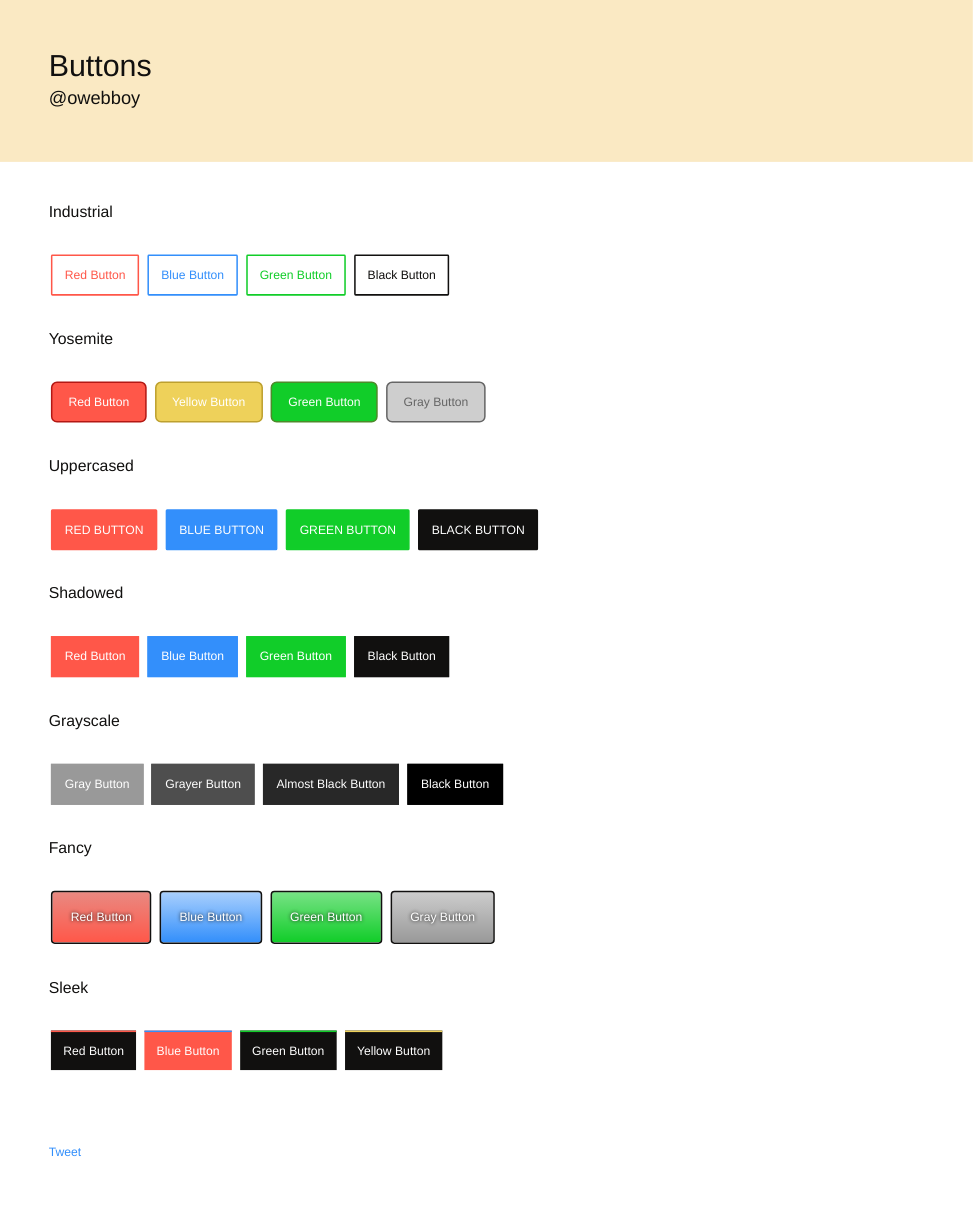
Repository: TheJaredWilcurt/buttons
Page: index.html
The author's editor kept a record of every edit. The page is drawn from the files as they stood at one moment, then again after the next edit.
The browser window is 1280 px wide. The pictures show the whole page, at 76% of full size.
The pointer rests on the first visible `.sleek-blue`.

Above is the page before.

### index.html
<!DOCTYPE html>
<html>
<head>
	<meta charset="utf-8">
	<meta name="description" content="Super cool CSS Buttons for any project">
	<meta name="author" content="oliver pope"
	<meta name="icon" content="icon.ico">
	<title>Buttons</title>

	<link rel="stylesheet" href="style.css">
	<link rel="stylesheet" href="buttons.css">
	<link rel="stylesheet" href="//fonts.googleapis.com/css?family=Roboto:400,500">

</head>
<body>
	<div id="page">
		<header>
			<h1 class="title">Buttons</h1>
			<h2 class="subtitle"><a href="//twitter.com/owebboy">@owebboy</a></h2>
		</header>

		<div id="content">
			<section id="industrial">
				<h3>Industrial</h3>

				<a class="btn industrial-red" href="#">Red Button</a>
				<a class="btn industrial-blue" href="#">Blue Button</a>
				<a class="btn industrial-green" href="#">Green Button</a>
				<a class="btn industrial-black" href="#">Black Button</a>
			</section>

			<section id="bold">
				<h3>Yosemite</h3>

				<a class="btn yosemite-red" href="#">Red Button</a>
				<a class="btn yosemite-yellow" href="#">Yellow Button</a>
				<a class="btn yosemite-green" href="#">Green Button</a>
				<a class="btn yosemite-gray" href="#">Gray Button</a>
			</section>

			<section id="uppercased">
				<h3>Uppercased</h3>

				<a class="btn uppercased-red" href="#">Red Button</a>
				<a class="btn uppercased-blue" href="#">Blue Button</a>
				<a class="btn uppercased-green" href="#">Green Button</a>
				<a class="btn uppercased-black" href="#">Black Button</a>
			</section>

			<section id="shadowed">
				<h3>Shadowed</h3>

				<a class="btn shadowed-red" href="#">Red Button</a>
				<a class="btn shadowed-blue" href="#">Blue Button</a>
				<a class="btn shadowed-green" href="#">Green Button</a>
				<a class="btn shadowed-black" href="#">Black Button</a>
			</section>

			<section id="grayscale">
				<h3>Grayscale</h3>

				<a class="btn grayscale-gray-1" href="#">Gray Button</a>
				<a class="btn grayscale-gray-2" href="#">Grayer Button</a>
				<a class="btn grayscale-gray-3" href="#">Almost Black Button</a>
				<a class="btn grayscale-black" href="#">Black Button</a>
			</section>

			<section id="fancy">
				<h3>Fancy</h3>

				<a class="btn fancy-red" href="#">Red Button</a>
				<a class="btn fancy-blue" href="#">Blue Button</a>
				<a class="btn fancy-green" href="#">Green Button</a>
				<a class="btn fancy-gray" href="#">Gray Button</a>
			</section>

			<section id="sleek">
				<h3>Sleek</h3>

				<a class="btn sleek-red" href="#">Red Button</a>
				<a class="btn sleek-blue" href="#">Blue Button</a>
				<a class="btn sleek-green" href="#">Green Button</a>
				<a class="btn sleek-yellow" href="#">Yellow Button</a>
			</section>
		</div>

		<footer>
			<div class="twitter">
			<a href="https://twitter.com/share" class="twitter-share-button" data-via="owebboy" data-lang="en" data-size="large">Tweet</a>
<script>!function(d,s,id){var js,fjs=d.getElementsByTagName(s)[0];if(!d.getElementById(id)){js=d.createElement(s);js.id=id;js.src="https://platform.twitter.com/widgets.js";fjs.parentNode.insertBefore(js,fjs);}}(document,"script","twitter-wjs");</script>
			</div>
		</footer>
	</div>
</body>
</html>

### style.css
/*

	STYLE.CSS
	Oliver Pope

*/

/* COMMON */
html { font: 400 1em "Helvetica Neue", "Roboto", sans-serif; margin: 0; color: #11100F; }
body { margin: 0; }
h1, h2, h3, h4, h5, h6, b, strong { font-weight: 500; }
h3 { font-size: 1.3em; padding: 1em 0; }
a { color: #338FFB; text-decoration: none; } a:hover { text-decoration: underline; }

/* HEADER */
header { background: #FAE9C3; padding: 4em 5%; }
.title { margin: 0; font-weight: 500; font-size: 2.5em; }
.subtitle { margin: .25em 0; font-weight: 200; font-size: 1.5em } .subtitle a { color: #11100F; }


/* CONTENT */
#content { margin: 2em 5%; }

/* FOOTER */
footer { padding: 4em 5%; margin: 0; }
.twitter { display: inline-block; }
.code { padding: 0 .5em; display: inline-block; color: #4E4E4E; }

### buttons.css
/*

	BUTTONS.CSS
	Oliver Pope

*/

/* GLOBAL */
.btn { display: inline-block; margin: .2em; }
.btn:hover { text-decoration: none; }

/* INDUSTRIAL */
a[class*="industrial"], button[class*="industrial"] { padding: 1em; border: 2px solid; border-radius: 2px; -webkit-border-radius: 2px; font-weight: 500; transition: .5s background; -webkit-transition: .5s background; }
.industrial-red { color: #FF5749; border-color: #FF5749; }
.industrial-blue { color: #338FFB; border-color: #338FFB; }
.industrial-green { color: #11CD29; border-color: #11CD29; }
.industrial-black { color: #11100F; border-color: #11100F; }
a[class*="industrial"]:hover, button[class*="industrial"]:hover { color: #fff; }
.industrial-red:hover { background: #FF5749; border-color: #FF5749; }
.industrial-blue:hover { background: #338FFB; border-color: #338FFB; }
.industrial-green:hover { background: #11CD29; border-color: #11CD29; }
.industrial-black:hover { background: #11100F; border-color: #11100F; }

/* YOSEMITE */
a[class*="yosemite"], button[class*="yosemite"] { padding: 1em 1.3em; border-radius: 8px; -webkit-border-radius: 8px; color: #fff; font-weight: 500; transition: .5s all; -webkit-transition: .5s all; }
.yosemite-red { background: #FF5749; border: 2px solid #B41814; }
.yosemite-yellow { background: #EED15A; border: 2px solid #BDA02E; }
.yosemite-green { background: #11CD29; border: 2px solid #4D8B2A; }
.yosemite-gray { background: #CECECE; border: 2px solid #666666; color: #666666 !important; }
a[class*="yosemite"]:hover, button[class*="yosemite"]:hover { background: #fff; color: #666666 !important; }

/* UPPERCASED */
a[class*="uppercased"], button[class*="uppercased"] { padding: 1em; font-weight: 500; text-transform: uppercase; border-radius: 2px; -webkit-border-radius: 2px; transition: .5s all; -webkit-transition: .5s all; }
.uppercased-red { background: #FF5749; border: 2px solid #FF5749; color: #fff; }
.uppercased-blue { background: #338FFB; border: 2px solid #338FFB; color: #fff; }
.uppercased-green { background: #11CD29; border: 2px solid #11CD29; color: #fff; }
.uppercased-black { background: #11100F; border: 2px solid #11100F; color: #fff; }
a[class*="uppercased"]:hover, button[class*="uppercased"]:hover { background: #fff; }
.uppercased-red:hover { color: #FF5749; border-color: #FF5749; }
.uppercased-blue:hover { color: #338FFB; border-color: #338FFB; }
.uppercased-green:hover { color: #11CD29; border-color: #11CD29; }
.uppercased-black:hover { color: #11100F; border-color: #11100F; }

/* SHADOWED */
a[class*="shadowed"], button[class*="shadowed"] { padding: 1em; font-weight: 500; transition: .5s all; -webkit-transition: .5s all; }
.shadowed-red { background: #FF5749; border: 2px solid #FF5749; color: #fff; }
.shadowed-blue { background: #338FFB; border: 2px solid #338FFB; color: #fff; }
.shadowed-green { background: #11CD29; border: 2px solid #11CD29; color: #fff; }
.shadowed-black { background: #11100F; border: 2px solid #11100F; color: #fff; }
.shadowed-red:hover { box-shadow: 0 0 0 5px #FF5749; }
.shadowed-blue:hover { box-shadow: 0 0 0 5px #338FFB; }
.shadowed-green:hover { box-shadow: 0 0 0 5px #11CD29; }
.shadowed-black:hover { box-shadow: 0 0 0 5px #11100F; }

/* GRAYSCALE */
a[class*="grayscale"], button[class*="grayscale"] { padding: 1em; font-weight: 500; transition: .5s all; -webkit-transition: .5s all; }
.grayscale-gray-1 { background: #999999; border: 2px solid #999999; color: #fff; }
.grayscale-gray-2 { background: #4E4E4E; border: 2px solid #4E4E4E; color: #fff; }
.grayscale-gray-3 { background: #282828; border: 2px solid #282828; color: #fff; }
.grayscale-black  { background: #000; border: 2px solid #000; color: #fff; }
a[class*="grayscale"]:hover, button[class*="grayscale"]:hover { background: #fff; color: #111; }

/* FANCY */
a[class*="fancy"], button[class*="fancy"] { border-radius: 5px; -webkit-border-radius: 5px; padding: 1.5em; color: #fff; text-shadow: 0 0 5px #11100F; border: 2px solid #11100F; font-weight: 500; transition: .5s all; -webkit-transition: .5s all; }
a[class*="fancy"]:hover, button[class*="fancy"]:hover { color: #11100F; }
.fancy-red { background: linear-gradient(#E98981, #FF5749); }
.fancy-blue { background: linear-gradient(#A8CFFD, #338FFB); }
.fancy-green { background: linear-gradient(#77E285, #11CD29); }
.fancy-gray { background: linear-gradient(#ccc, #999); }

/* SLEEK */
a[class*="sleek"], button[class*="sleek"] { padding: 1em; font-weight: 500; transition: .5s all; -webkit-transition: .5s all; background: #11100F; }
.sleek-red { border-top: 2px solid #FF5749; color: #fff; } .sleek-red:hover { background: #FF5749; }
.sleek-blue { border-top: 2px solid #338FFB; color: #fff; } .sleek-blue:hover { background: #FF5749; }
.sleek-green { border-top: 2px solid #11CD29; color: #fff; } .sleek-green:hover { background: #FF5749; }
.sleek-yellow { border-top: 2px solid #EED15A; color: #fff; } .sleek-yellow:hover { background: #FF5749; }

After the next edit:
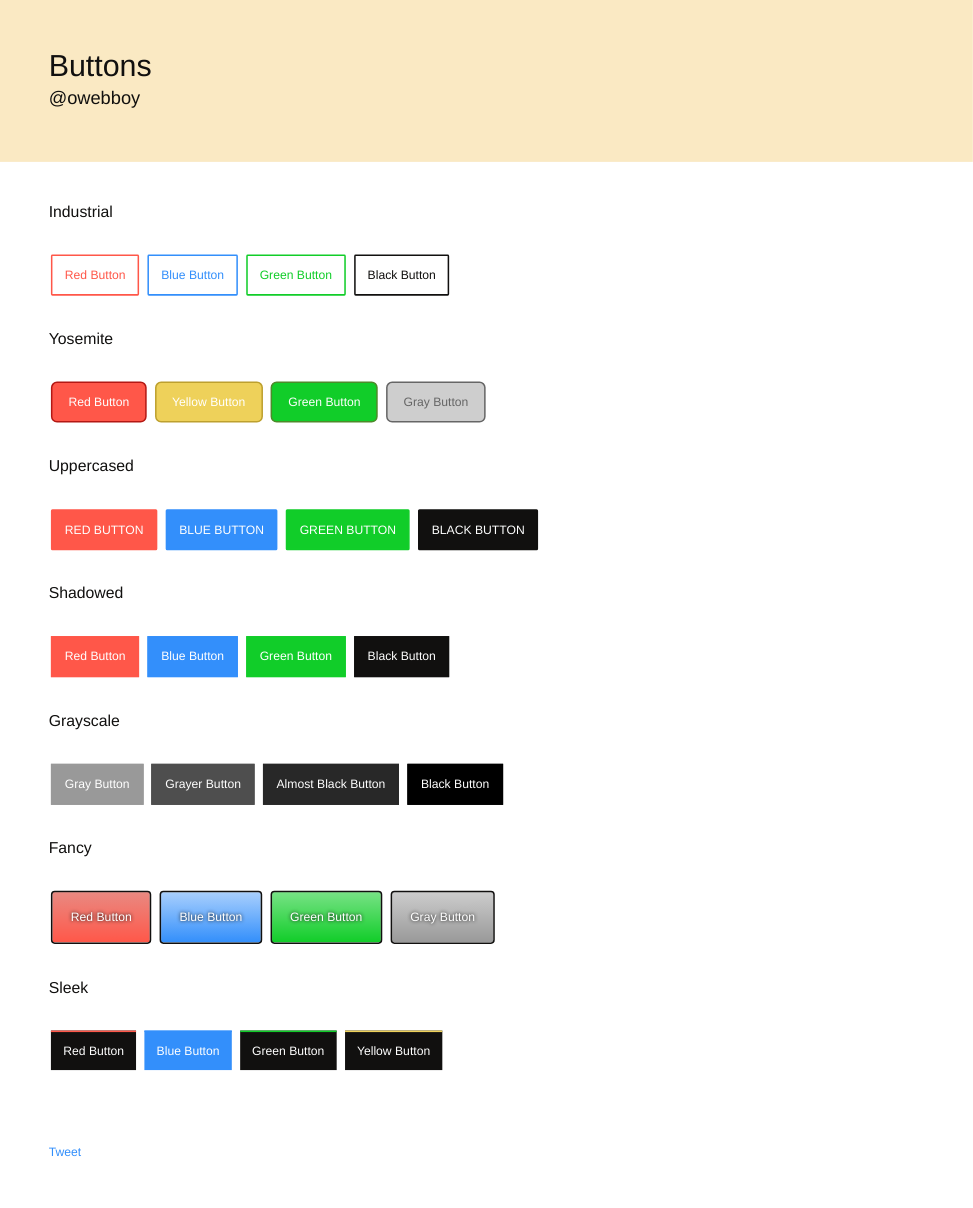
The edit:
--- a/buttons.css
+++ b/buttons.css
@@ -71,6 +71,6 @@
 /* SLEEK */
 a[class*="sleek"], button[class*="sleek"] { padding: 1em; font-weight: 500; transition: .5s all; -webkit-transition: .5s all; background: #11100F; }
 .sleek-red { border-top: 2px solid #FF5749; color: #fff; } .sleek-red:hover { background: #FF5749; }
-.sleek-blue { border-top: 2px solid #338FFB; color: #fff; } .sleek-blue:hover { background: #FF5749; }
-.sleek-green { border-top: 2px solid #11CD29; color: #fff; } .sleek-green:hover { background: #FF5749; }
-.sleek-yellow { border-top: 2px solid #EED15A; color: #fff; } .sleek-yellow:hover { background: #FF5749; }
+.sleek-blue { border-top: 2px solid #338FFB; color: #fff; } .sleek-blue:hover { background: #338FFB; }
+.sleek-green { border-top: 2px solid #11CD29; color: #fff; } .sleek-green:hover { background: #11CD29; }
+.sleek-yellow { border-top: 2px solid #EED15A; color: #fff; } .sleek-yellow:hover { background: #EED15A; }
